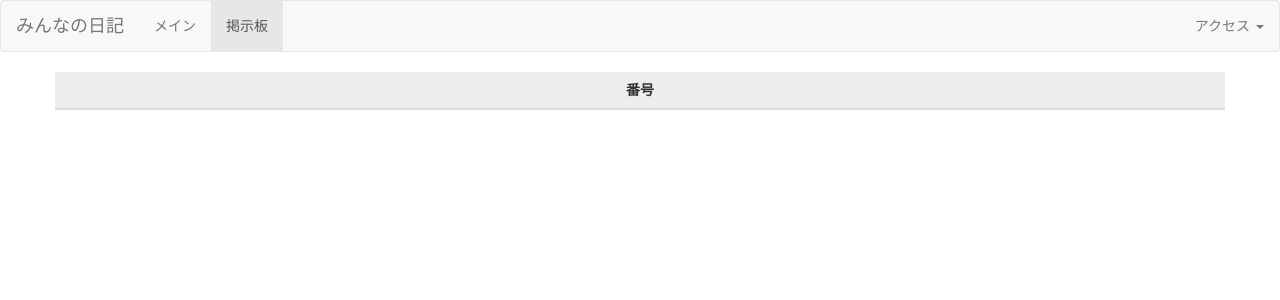
Repository: dengpu/JSP
Page: http://localhost/BBS/bbs.jsp
These files come from the project's save history. The page is drawn as it stood at one moment and after the next save; the edit follows.
The browser window is 1280 px wide. The pictures show the whole page.
Some web libraries are served in a nearby version. The page is served by Tomcat 9. Other server files are loaded and not shown.

Above is the page before, as saved 2017-05-15 07:55:28.

### BBS/WebContent/bbs.jsp
<%@ page language="java" contentType="text/html; charset=UTF-8"
	pageEncoding="UTF-8"%>
<!DOCTYPE html>
<html>
<head>
<meta http-equiv="Content-Type" content="text/html; charset=UTF-8">
<meta name="viewport" content="width=device-width, initial-scale=1">
<link rel="stylesheet" href="css/bootstrap.css">
<title>みんなの日記</title>
</head>
<body>
	<%
		String ID = null;
		if (session.getAttribute("ID") != null) {
			ID = (String) session.getAttribute("ID");
		}
	%>


	<nav class="navbar navbar-default">
		<div class="navbar-header">
			<button type=button class="navbar-toggle collapsed"
				data-toggle="collapse" data-target="#bs-example-navbar-collapse-1"
				aria-expanded="false">
				<span class="icon-bar"></span> <span class="icon-bar"></span> <span
					class="icon-bar"></span>

			</button>
			<a class="navbar-brand" href="main.jsp">みんなの日記</a>
		</div>
		<div class="collapse navbar-collapse"
			id="bs-example-navbar-collapse-1">
			<ul class="nav navbar-nav ">
				<li><a href="main.jsp">メイン</a></li>
				<li class="active"><a href="bbs.jsp">掲示板</a></li>
			</ul>


			<%
				if (ID == null) {
			%>
			<ul class="nav navbar-nav navbar-right">
				<li class="dropdown"><a href="#" class="dropdown-toggle"
					data-toggle="dropdown" role="button" aria-haspopup="true"
					aria-expanded="false">アクセス <span class="caret"></span></a>


					<ul class="dropdown-menu">
						<li><a href="login.jsp">ログイン</a></li>
						<li><a href="join.jsp">会員登録</a></li>

					</ul></li>
			</ul>
			<%
				} else {
			%>
			<ul class="nav navbar-nav navbar-right">
				<li class="dropdown"><a href="#" class="dropdown-toggle"
					data-toggle="dropdown" role="button" aria-haspopup="true"
					aria-expanded="false">アクセス <span class="caret"></span></a>


					<ul class="dropdown-menu">
						<li><a href="logoutAction.jsp">ログアウト</a></li>

					</ul></li>
			</ul>
			<%
				}
			%>
		</div>
	</nav>

	<div class="container">
		<div class="row">
		<table class="table table-striped" style="text-align:center;
		border:1px soild #dddddd">
		<thead>
		<tr>
		<th style="background-color:#eeeeee; text-align:center;">番号</th>
		</tr>
		</thead>
		</table>
		</div>
	</div>



	<script src="https://code.jquery.com/jquery-3.1.1.min.js"></script>
	<script src="js/bootstrap.js"></script>

</body>
</html>

Loaded but not shown: BBS/WebContent/css/bootstrap.css (library); BBS/WebContent/js/bootstrap.js (library)

After the next save:
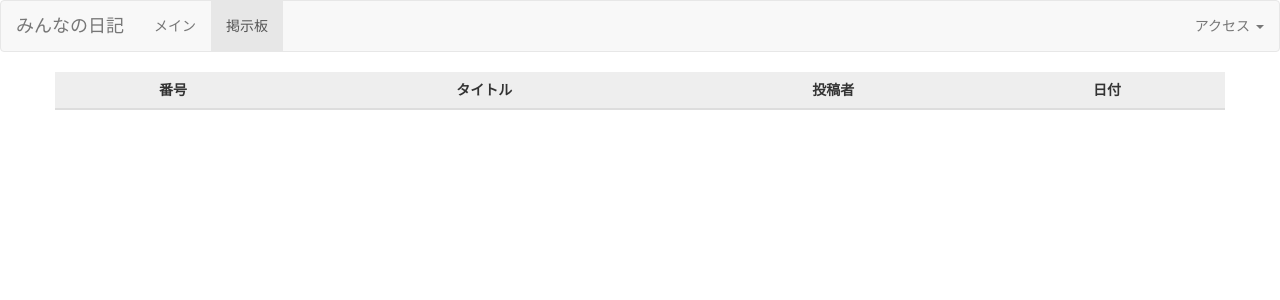
Saved 46 s later.
--- a/BBS/WebContent/bbs.jsp
+++ b/BBS/WebContent/bbs.jsp
@@ -73,14 +73,17 @@
 
 	<div class="container">
 		<div class="row">
-		<table class="table table-striped" style="text-align:center;
-		border:1px soild #dddddd">
-		<thead>
-		<tr>
-		<th style="background-color:#eeeeee; text-align:center;">番号</th>
-		</tr>
-		</thead>
-		</table>
+			<table class="table table-striped"
+				style="text-align: center; border: 1px soild #dddddd">
+				<thead>
+					<tr>
+						<th style="background-color: #eeeeee; text-align: center;">番号</th>
+						<th style="background-color: #eeeeee; text-align: center;">タイトル</th>
+						<th style="background-color: #eeeeee; text-align: center;">投稿者</th>
+						<th style="background-color: #eeeeee; text-align: center;">日付</th>
+					</tr>
+				</thead>
+			</table>
 		</div>
 	</div>
 
